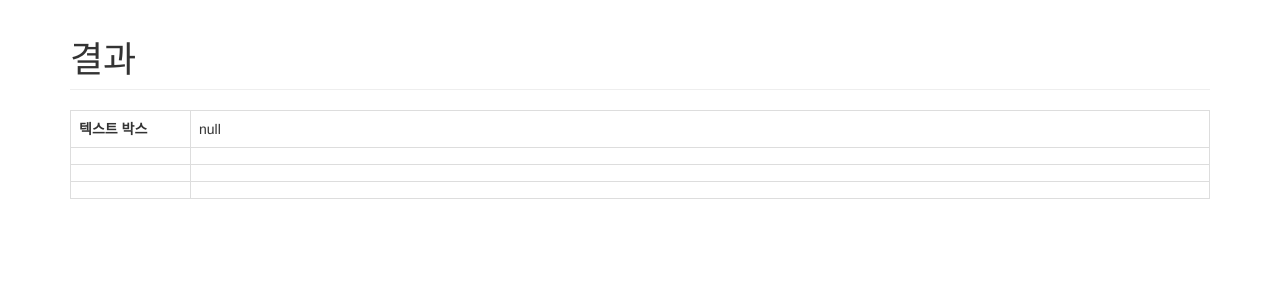
Repository: kimgyuseok/Server
Page: http://localhost/JSPTest/ex04ok.jsp
An editor plug-in stored every save of this project. The page is shown before and after the next save, followed by the edit.
The browser window is 1280 px wide. The pictures show the whole page.
The page is served by Tomcat 9.

Above is the page before, as saved 2022-01-06 03:46:39.

After the next save:
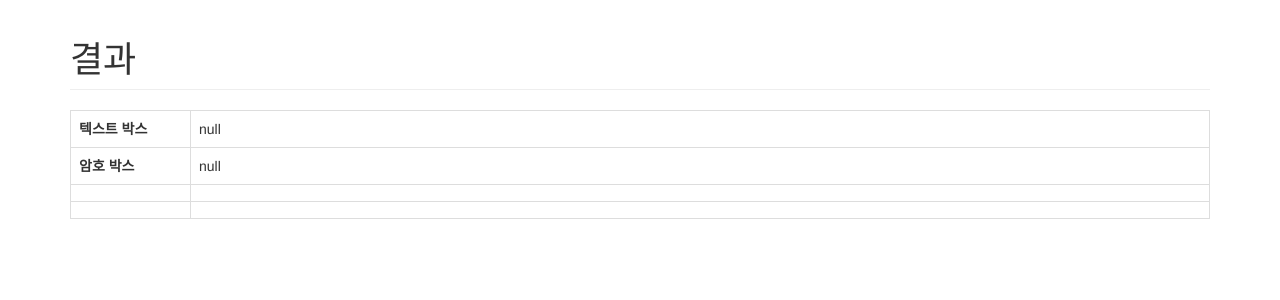
Saved 77 min 55 s later.
--- a/JSPTest/src/main/webapp/ex04ok.jsp
+++ b/JSPTest/src/main/webapp/ex04ok.jsp
@@ -6,6 +6,8 @@
 
 	String txt1 = request.getParameter("txt1");
 
+
+	String pw1 = request.getParameter("pw1");
 %>
 <!DOCTYPE html>
 <html>
@@ -29,8 +31,8 @@
 				<td><%=txt1%></td>
 			</tr>
 			<tr>
-				<th></th>
-				<td></td>
+				<th>암호 박스</th>
+				<td><%= pw1 %></td>
 			</tr>
 			<tr>
 				<th></th>
